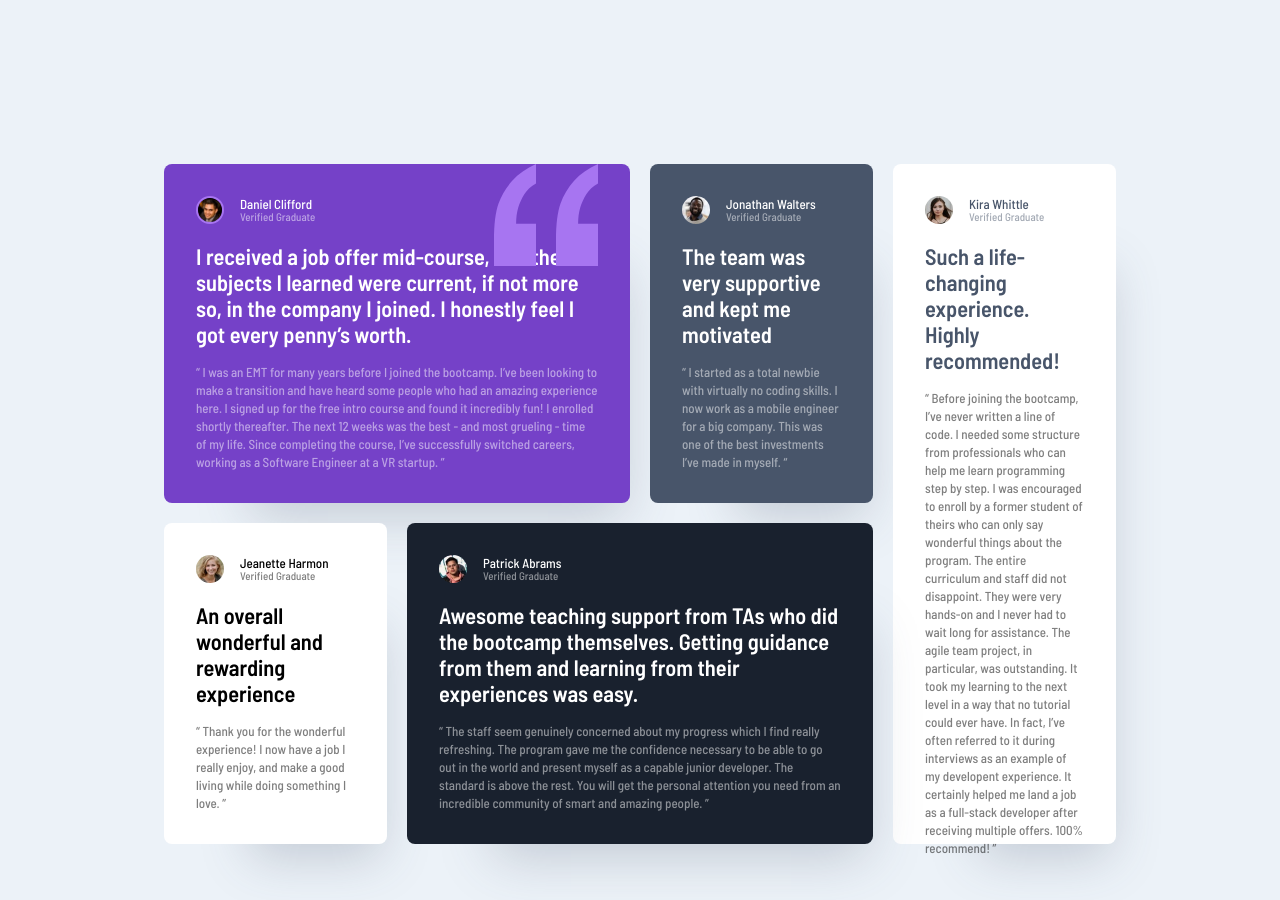
Repository: brandontaylor1/testimonial-card
Page: index.html
An editor plug-in stored every save of this project. The page is shown before and after the next save, followed by the edit.
The browser window is 1280 px wide. The pictures show the whole page.

Above is the page before, as saved 2025-01-11 00:44:51.

After the next save:
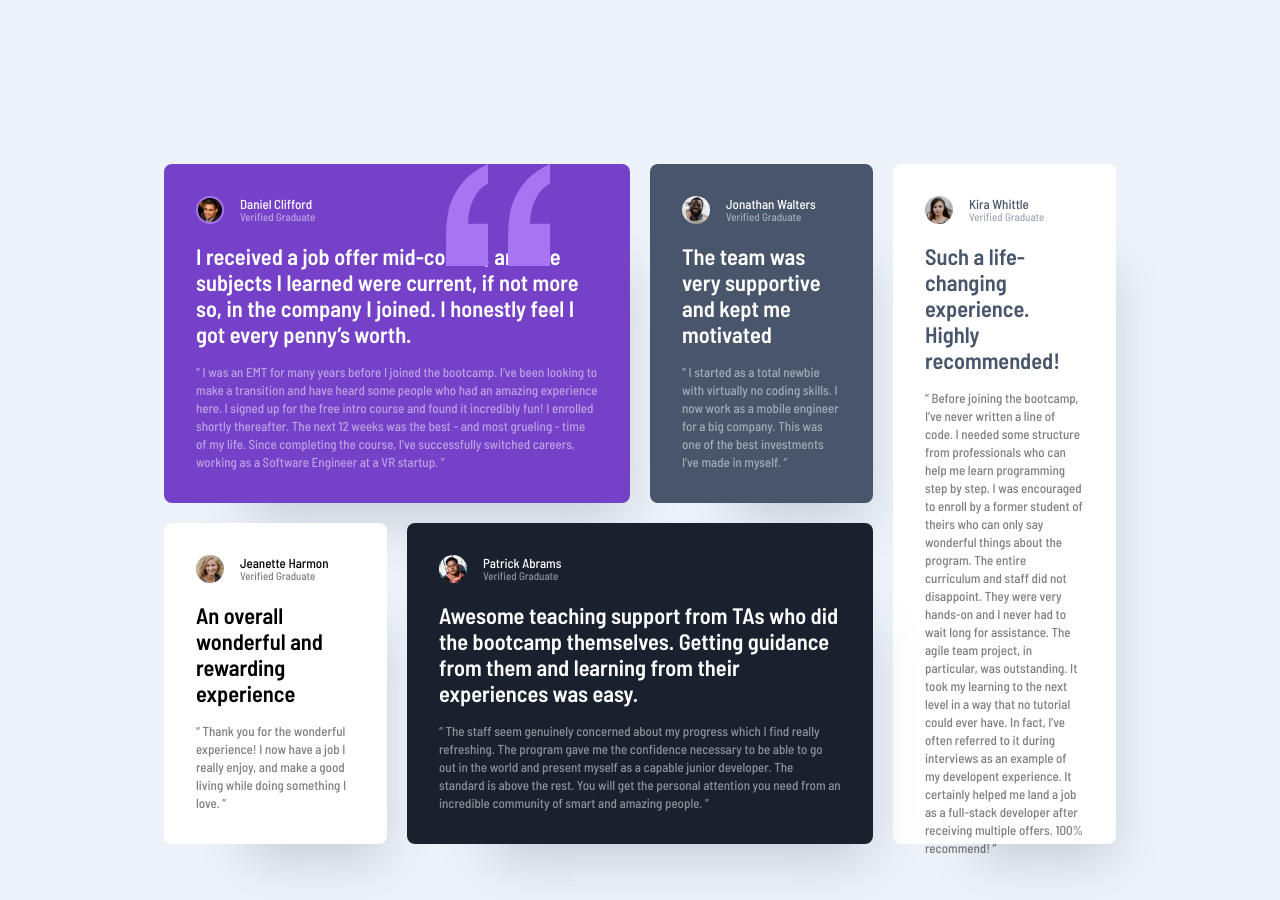
Saved 49 s later.
--- a/styles.css
+++ b/styles.css
@@ -47,7 +47,7 @@
 .quotation {
     position: absolute;
     top: 0;
-    right: 2rem;
+    right: 5rem;
 
 }
 
